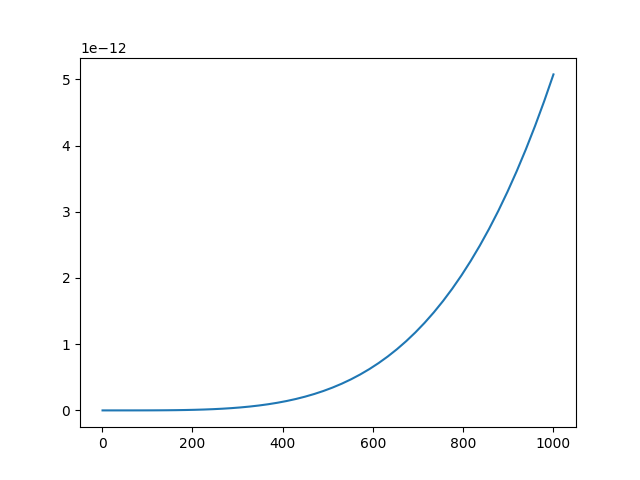
Repository: MichaelCullen2011/QuantumAndNeutrinos
Script's output: python neutrinos.py
These files come from the project's save history. The script's output is drawn as it stood at one moment and after the next save; the edit follows.
Random numbers start from a fixed seed.

Above is the script's output before, as saved 2021-06-02 10:10:32.

After the next save:
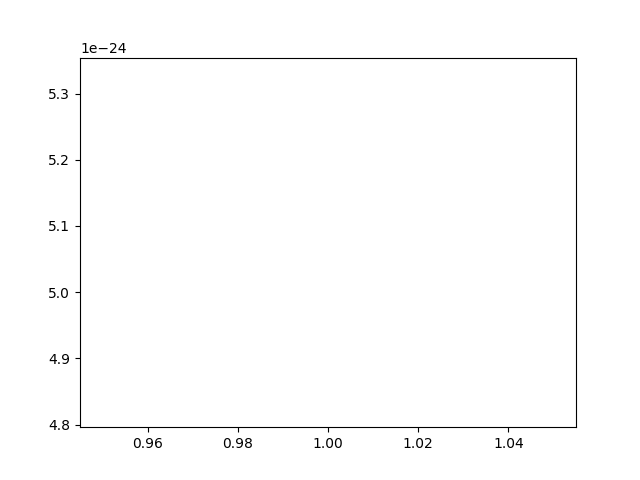
Saved 12 s later.
--- a/neutrinos.py
+++ b/neutrinos.py
@@ -362,7 +362,7 @@
 
 # WaveFunctions(accuracy=20)      # Currently Broken. Doesnt plot correctly # Accuracy is the number of points within the range
 
-energy_list = np.linspace(1, 1000)       # in GeV
+energy_list = np.linspace(1, 1000, 1)       # in GeV
 energy_reactions = {keys: [] for keys in energy_list}
 for energy in energy_list:
     leptons = {'e': [], 'u': []}
@@ -376,6 +376,5 @@
     print(f"Average Prob for {energy} GeV: ", np.average(all_values))
     energy_reactions[energy] = np.average(all_values)
 
-print(energy_list)
 plt.plot(energy_list, energy_reactions.values(), '-')
 plt.show()

After the save that followed:
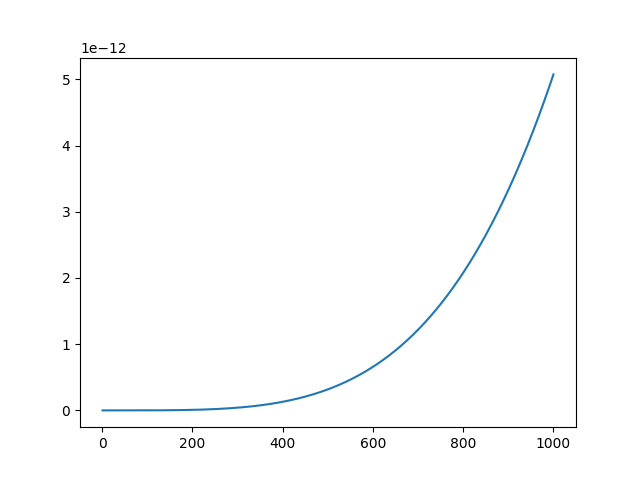
Saved 7 s later.
--- a/neutrinos.py
+++ b/neutrinos.py
@@ -362,7 +362,7 @@
 
 # WaveFunctions(accuracy=20)      # Currently Broken. Doesnt plot correctly # Accuracy is the number of points within the range
 
-energy_list = np.linspace(1, 1000, 1)       # in GeV
+energy_list = np.linspace(1, 1000, 1000)       # in GeV
 energy_reactions = {keys: [] for keys in energy_list}
 for energy in energy_list:
     leptons = {'e': [], 'u': []}
